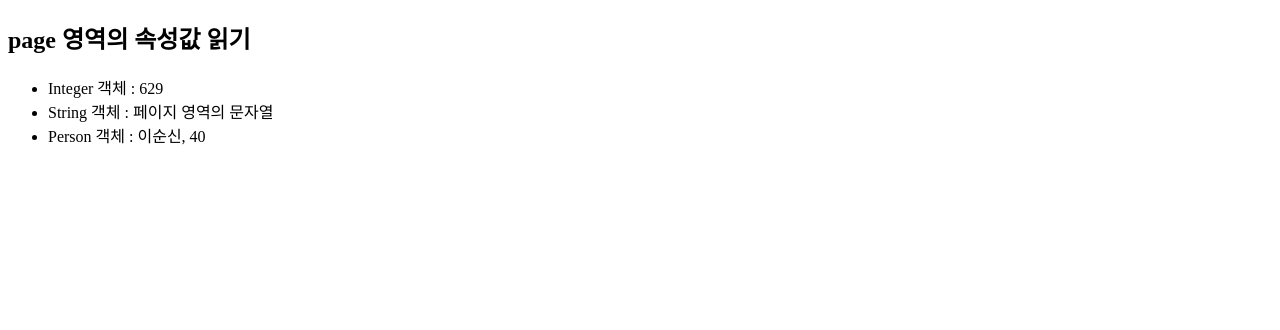
Repository: chanhee0506/spring
Page: http://localhost/ScopeWeb/pageContext/pageContextMain.jsp
The author's editor kept a copy of each file at every save. The page is drawn from the files as they stood at one save, then again after the next save.
The browser window is 1280 px wide. The pictures show the whole page.
The page is served by Tomcat 9. Other server files are loaded and not shown.

Above is the page before, as saved 2023-03-30 02:43:02.

### ScopeWeb/src/main/webapp/pageContext/pageContextMain.jsp
<%@page import="com.earth.pluto.Person"%>
<%@ page language="java" contentType="text/html; charset=UTF-8"
    pageEncoding="UTF-8"%>

<%
	/* 속성 저장 */
	pageContext.setAttribute("earthInteger", 629);
	pageContext.setAttribute("earthString", "페이지 영역의 문자열");
	pageContext.setAttribute("pagePerson", new Person("이순신", 40));
%>
<!DOCTYPE html>
<html lang="ko">
<head>
    <meta charset="UTF-8">
    <meta http-equiv="X-UA-Compatible" content="IE=edge">
    <meta name="viewport" content="width=device-width, initial-scale=1.0">
    <title>page 영역</title>
</head>
<body>
    <h2>page 영역의 속성값 읽기</h2>
    <%
    	Integer pInteger = (Integer)(pageContext.getAttribute("earthInteger"));
    	String pString = pageContext.getAttribute("earthString").toString();
    	Person person = (Person)(pageContext.getAttribute("pagePerson"));
    %>
	<ul>
		<li>Integer 객체 : <%= pInteger %></li>
		<li>String 객체 : <%= pString %></li>
		<li>Person 객체 : <%= person.getName() %>, <%= person.getAge() %></li>
	</ul>
</body>
</html>

### ScopeWeb/src/main/java/com/earth/pluto/Person.java
package com.earth.pluto;

public class Person {

	private String name;
	private int age;

	public Person(){}

	public Person(String name, int age) {
		this.name = name;
		this.age = age;
	}

	public String getName() {
		return name;
	}

	public void setName(String name) {
		this.name = name;
	}

	public int getAge() {
		return age;
	}

	public void setAge(int age) {
		this.age = age;
	}


}

### ScopeWeb/src/main/webapp/pageContext/pageContextInclude.jsp
<%@ page language="java" contentType="text/html; charset=UTF-8"
    pageEncoding="UTF-8"%>
<!DOCTYPE html>
<html lang="ko">
<head>
    <meta charset="UTF-8">
    <meta http-equiv="X-UA-Compatible" content="IE=edge">
    <meta name="viewport" content="width=device-width, initial-scale=1.0">
    <title>page 영역</title>
</head>
<body>
    <h4>Include 페이지</h4>
    <%
		Integer pInteger2 = (Integer)(pageContext.getAttribute("earthInteger"));
    %>
    <ul>
    	<li>Integer 객체 : <%= pInteger2 %></li>
    </ul>
</body>
</html>

After the next save:
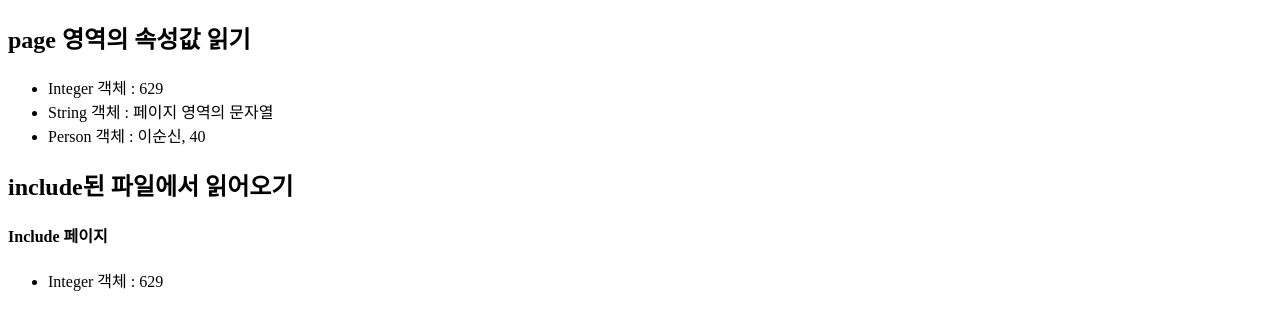
Saved 1 s later.
--- a/ScopeWeb/src/main/webapp/pageContext/pageContextMain.jsp
+++ b/ScopeWeb/src/main/webapp/pageContext/pageContextMain.jsp
@@ -28,5 +28,8 @@
 		<li>String 객체 : <%= pString %></li>
 		<li>Person 객체 : <%= person.getName() %>, <%= person.getAge() %></li>
 	</ul>
+
+	<h2>include된 파일에서 읽어오기</h2>
+	<%@ include file="pageContextInclude.jsp" %>
 </body>
 </html>
